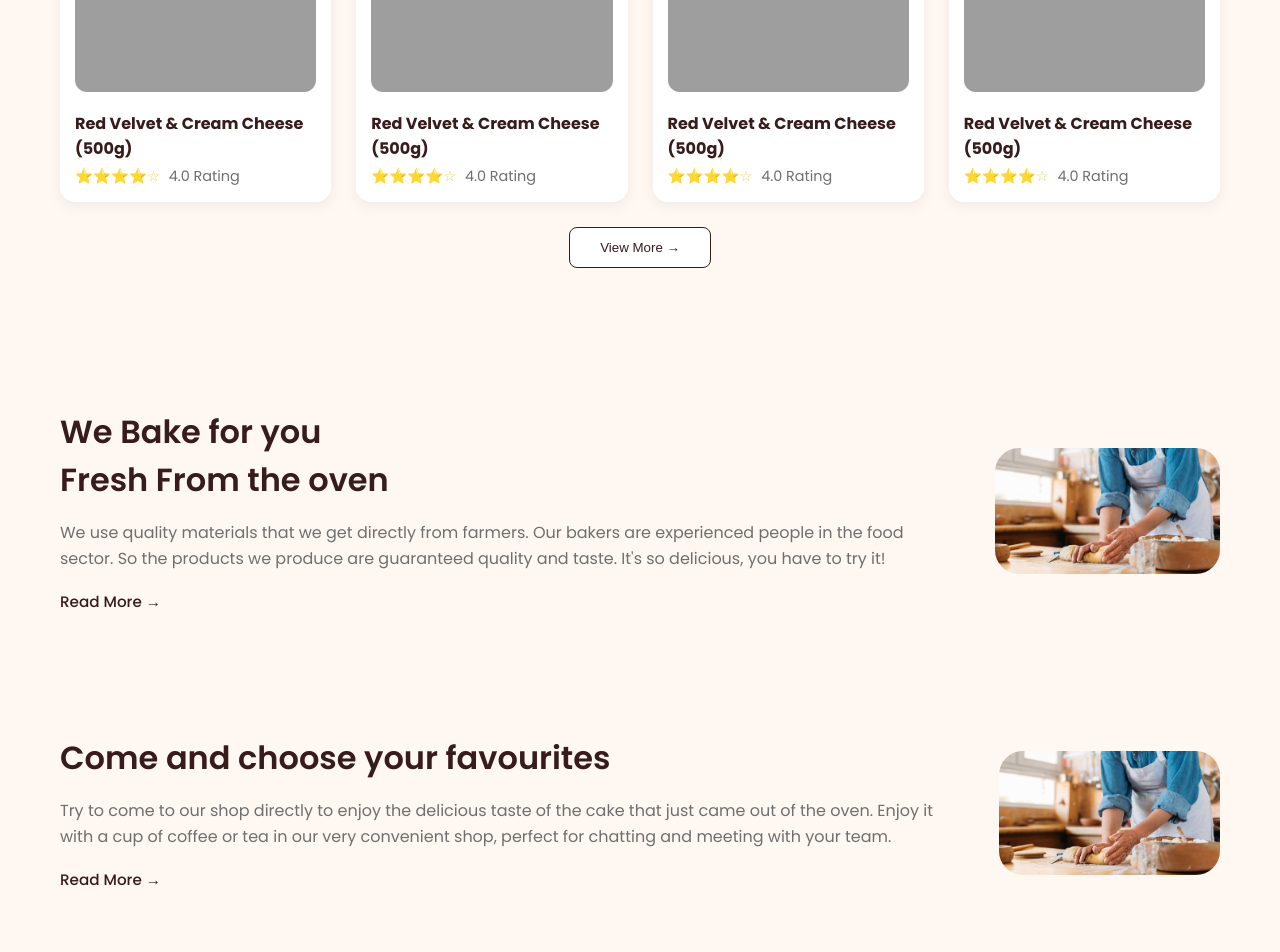
Repository: josegabrielzevallos/chocobrat-bakery-website
Page: index.html
The author's editor kept a copy of each file at every save. The page is drawn from the files as they stood at one save, then again after the next save.
The browser window is 1280 px wide. The pictures show the part of the page from y = 1013 to 1965 px (the page is 1965 px tall).
Pictures or frames that could not be fetched are drawn as grey boxes. A picture or video elsewhere on the page could not be fetched, so the positions and the page height are approximate.

Above is the page before, as saved 2025-11-20 13:55:12.

After the next save:
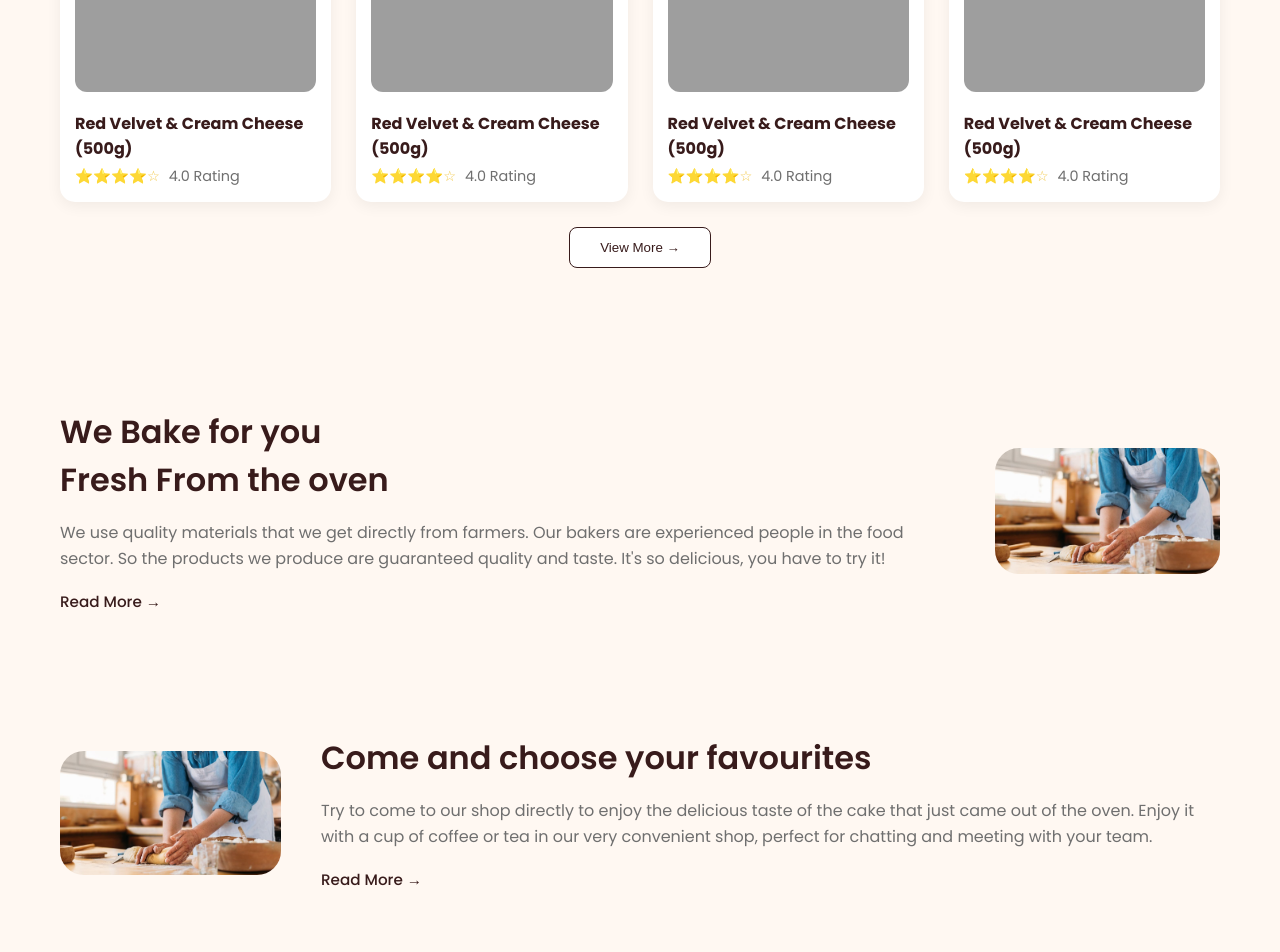
Saved 4 min 53 s later.
--- a/index.html
+++ b/index.html
@@ -133,6 +133,11 @@
 
 
         <article class="story-card">
+
+            <div class="story-img">
+                <img src="./assets/images/b9-women.jpeg" alt="Baker rolling dough">
+            </div>
+
             <div class="story-text">
                 <h2>Come and choose your favourites</h2>
                 <p>
@@ -143,9 +148,7 @@
                 </p>
                 <a href="#" class="story-link">Read More →</a>
             </div>
-            <div class="story-img">
-                <img src="./assets/images/b9-women.jpeg" alt="Baker rolling dough">
-            </div>
+
         </article>
 
     </section>
